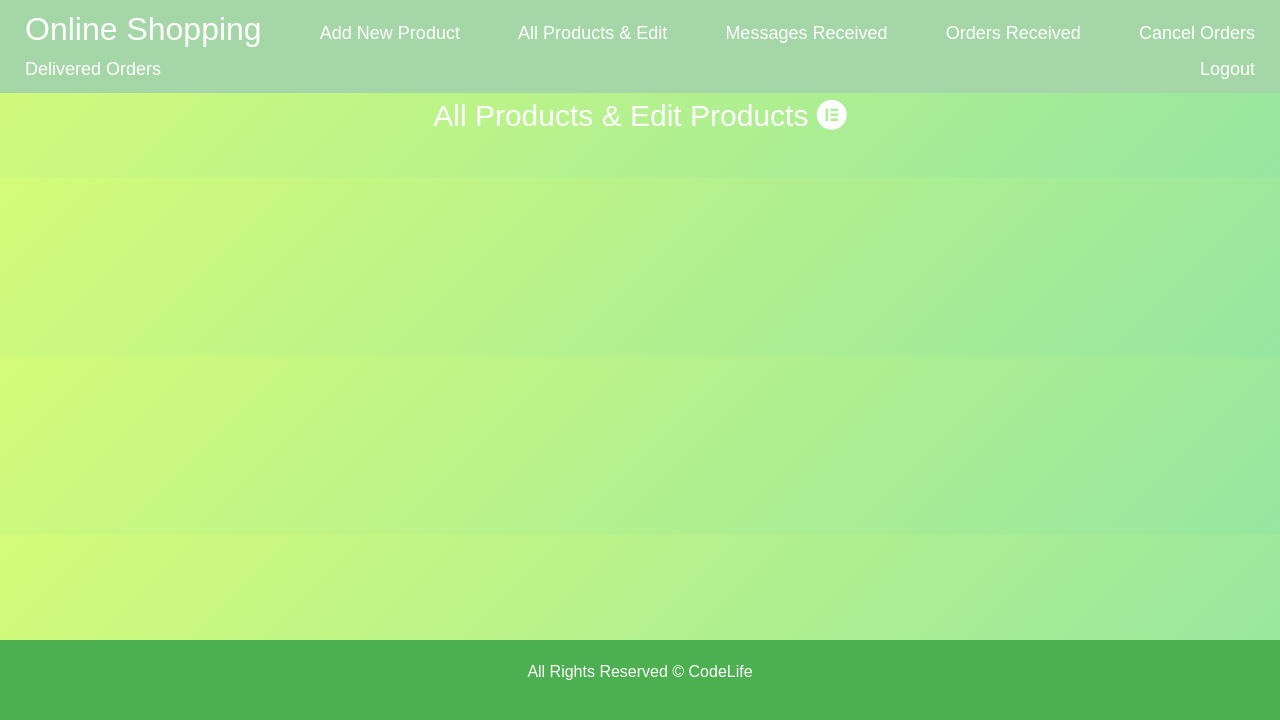
Repository: Dineshbabu290904/DigiMart
Page: http://localhost/DigiMart/admin/allProductEditProduct.jsp
The author's editor kept a copy of each file at every save. The page is drawn from the files as they stood at one save, then again after the next save.
The browser window is 1280 px wide. The pictures show the whole page.
Some web libraries are served in a nearby version. The page is served by Tomcat 9. Other server files are loaded and not shown. Queries for data that is not in the repository find no rows.

Above is the page before, as saved 2024-10-16 16:30:35.

### DigiMart/src/main/webapp/admin/allProductEditProduct.jsp
<%@ page import="com.digimart.project.ConnectionProvider" %>
<%@ page import="java.sql.*" %>
<%@ include file="adminHeader.jsp" %>
<%@ page import="java.util.Base64" %>

<!DOCTYPE html PUBLIC "-//W3C//DTD HTML 4.01 Transitional//EN" "http://www.w3.org/TR/html4/loose.dtd">
<html>
<head>
    <meta http-equiv="Content-Type" content="text/html; charset=ISO-8859-1">
    <title>All Products & Edit Products</title>
    <style>
        body {
            font-family: Arial, sans-serif;
            background-color: #333;
            color: white;
        }

        h3 {
            color: #FFD700; /* Gold color for headings */
            text-align: center;
        }

        .container {
            display: flex;
            flex-wrap: wrap;
            justify-content: center;
            gap: 20px;
            padding: 20px;
        }

        .card {
		    background: linear-gradient(135deg, #a8e6cf, #d0eaff, #ffccd5);
		    border-radius: 10px;
		    box-shadow: 0 4px 8px rgba(0, 0, 0, 0.2);
		    width: 350px;
		    padding: 20px;
		    text-align: center;
		    transition: transform 0.3s;
		}


        .card:hover {
            transform: scale(1.05);
        }

        .card img {
            width: 100%;
            height: auto;
            border-radius: 5px;
        }

        .card h4 {
            color: #FFD700; /* Gold color for product name */
        }

        .card p {
            color: #ccc; /* Light grey for text */
            margin: 10px 0;
        }

        .edit-btn {
            background-color: #28a745; /* Green background for buttons */
            color: white;
            padding: 10px 15px;
            border: none;
            border-radius: 5px;
            text-decoration: none;
            display: inline-block;
            transition: background-color 0.3s;
        }

        .edit-btn:hover {
            background-color: #218838; /* Darker green on hover */
        }

        .price {
            font-size: 20px;
            color: #FFD700; /* Gold color for price */
        }

        .msg {
            text-align: center;
            margin: 20px;
        }
		.card p {
		    color: #444; /* Dark gray for better readability */
		    margin: 10px 0;
		}

        .footer {
            background-color: #4caf50; /* Same green as navbar */
            color: white; /* White text */
            text-align: center; /* Center text */
            padding: 20px; /* Padding around footer */
            margin-top: auto; /* Push footer to the bottom */
            width: 100%; /* Full width */
        }
    </style>
</head>
<body>
<div style="color: white; text-align: center; font-size: 30px;">All Products & Edit Products <i class='fab fa-elementor'></i></div>

<% String msg = request.getParameter("msg"); %>
<% if (msg != null) { %>
    <h3 class="alert" style="color: <%=(msg.equals("done") ? "green" : "red")%>;">
        <% if (msg.equals("done")) { %>
            Product Updated Successfully!
        <% } else { %>
            Something went wrong! Try Again!
        <% } %>
    </h3>
<% } %>

<div class="container">
    <%
        try {
            Connection con = ConnectionProvider.getCon();
            Statement stmt = con.createStatement();
            ResultSet rs = stmt.executeQuery("SELECT * FROM PRODUCTS");
            while (rs.next()) {
    %>
    <div class="card">
        <img src="data:[embedded picture, 72 characters]"image")) %>" alt="Product Image">
        <h4><%= rs.getString("name") %></h4>
        <p><strong>Category:</strong> <%= rs.getString("category") %></p>
        <p><strong>Description:</strong> <%= rs.getString("description") %></p>
        <p><strong>Available Quantity:</strong> <%= rs.getBigDecimal("available_qty") %> <%= rs.getString("unit") %></p>
        <p class="price"><i class="fa fa-inr"></i> <%= rs.getBigDecimal("price_per_unit") %></p>
        <p><strong>Status:</strong> <%= rs.getString("status") %></p>
        <p><strong>Date Listed:</strong> <%= rs.getTimestamp("date_listed") %></p>
        <a href="editProduct.jsp?product_id=<%= rs.getInt("product_id") %>" class="edit-btn">Edit <i class='fas fa-pen-fancy'></i></a>
        <br>
        <a href="changePhoto.jsp?product_id=<%= rs.getInt("product_id") %>" class="edit-btn">Change Photo</a>
    </div>
    <%
            }
        } catch (Exception e) {
            e.printStackTrace();
        }
    %>
</div>

<%@ include file="../footer.jsp" %>
</body>
</html>

### DigiMart/src/main/webapp/admin/adminHeader.jsp
<%@page errorPage="../error.jsp" %>
<!DOCTYPE html>
<html lang="en">
<head>
    <meta charset="UTF-8">
    <meta name="viewport" content="width=device-width, initial-scale=1.0">
    <link rel="stylesheet" href="../css/home-style.css">
    <link rel="stylesheet" href="https://cdnjs.cloudflare.com/ajax/libs/font-awesome/4.7.0/css/font-awesome.min.css">
    <link rel="stylesheet" href="https://stackpath.bootstrapcdn.com/bootstrap/4.5.2/css/bootstrap.min.css">
    <script src='https://kit.fontawesome.com/a076d05399.js'></script>
    <style>
        body {
            background: linear-gradient(135deg, #d4fc79 0%, #96e6a1 100%); /* Light green gradient */
        }
        .navbar {
            background-color: #a5d6a7;  /* Green background for navbar */
            padding: 10px; /* Padding around navbar */
        }
        .navbar a {
            color: white; /* White text for links */
            margin: 0 15px; /* Spacing between links */
            text-decoration: none; /* Remove underline */
            font-size: 18px; /* Larger font size */
        }
        .navbar a:hover {
            text-decoration: underline; /* Underline on hover */
        }
        h1 {
            color: #2c6fbb; /* Cool blue for headings */
            text-shadow: 2px 2px 4px rgba(0, 0, 0, 0.5); /* Subtle shadow for depth */
        }
    </style>
</head>
<body>
    <nav class="navbar">
        <a href="adminHome.jsp"><h2>Online Shopping</h2></a>
        <a href="addNewProduct.jsp">Add New Product</a>
        <a href="allProductEditProduct.jsp">All Products & Edit</a>
        <a href="messagesReceived.jsp">Messages Received</a>
        <a href="ordersReceived.jsp">Orders Received</a>
        <a href="cancelOrders.jsp">Cancel Orders</a>
        <a href="deliveredOrders.jsp">Delivered Orders</a>
        <a href="../logout.jsp">Logout</a>
    </nav>
</body>
</html>

### DigiMart/src/main/webapp/footer.jsp
<div class="footer">
    <p>All Rights Reserved &copy; CodeLife</p>
</div>

### DigiMart/src/main/java/com/digimart/project/ConnectionProvider.java
package com.digimart.project;

import java.sql.*;

public class ConnectionProvider {
	public static Connection getCon() {
		try {
			Class.forName("com.mysql.cj.jdbc.Driver");
			Connection con = DriverManager.getConnection("jdbc:mysql://localhost:3306/DB","root","Dinesh@2004");
			return con;
		} catch(Exception e) {
			System.out.print(e);
			return null;
		}
	}
}

### DigiMart/src/main/webapp/css/home-style.css
    body {
  font-family: "Open Sans", sans-serif;
  line-height: 1.25;
  background-color: green;
}
a
{
	text-decoration: none;
}
.sticky {
  position: -webkit-sticky;
  position: sticky;
  top: 0;
}

table {
  border: 1px solid #ccc;
  border-collapse: collapse;
  margin: 0;
  padding: 0;
  width: 100%;
  /*margin-left: 5%;*/
  table-layout: fixed;
}

table caption {
  font-size: 1.5em;
  margin: .5em 0 .75em;
}

table tr {
  background-color: #f8f8f8;
  border: 1px solid #ddd;
  padding: .35em;
}

table th,
table td {
  padding: .625em;
  text-align: center;
}

table th {
  font-size: .85em;
  letter-spacing: .1em;
  text-transform: uppercase;
}

@media screen and (max-width: 600px) {
  table {
    border: 0;
  }

  table caption {
    font-size: 1.3em;
  }

  table thead {
    border: none;
    clip: rect(0 0 0 0);
    height: 1px;
    margin: -1px;
    overflow: hidden;
    padding: 0;
    position: absolute;
    width: 1px;
  }

  table tr {
    border-bottom: 3px solid #ddd;
    display: block;
    margin-bottom: .625em;
  }

  table td {
    border-bottom: 1px solid #ddd;
    display: block;
    font-size: .8em;
    text-align: right;
  }

  table td::before {
    /*
    * aria-label has no advantage, it won't be read inside a table
    content: attr(aria-label);
    */
    content: attr(data-label);
    float: left;
    font-weight: bold;
    text-transform: uppercase;
  }

  table td:last-child {
    border-bottom: 0;
  }
}

/*Header Css*/
* {box-sizing: border-box;}

    body {
      margin: 0;
      font-family: Arial, Helvetica, sans-serif;
    }

    .topnav {
      overflow: hidden;
      background-color: #e9e9e9;
    }

    .topnav a {
      float: left;
      display: block;
      color: black;
      text-align: center;
      padding: 14px 16px;
      text-decoration: none;
      font-size: 17px;
    }

    .topnav a:hover {
      background-color: #ddd;
      color: black;
    }

    .topnav a.active {
      background-color: green;
      color: white;
    }

    .topnav .search-container {
      float: right;
    }

    .topnav input[type=text] {
      padding: 6px;
      margin-top: 8px;
      font-size: 17px;
      border: none;
    }

    .topnav .search-container button {
      float: right;
      padding: 6px 10px;
      margin-top: 8px;
      margin-right: 16px;
      background: #ddd;
      font-size: 17px;
      border: none;
      cursor: pointer;
    }

    .topnav .search-container button:hover {
      background: #ccc;
    }

    @media screen and (max-width: 600px) {
      .topnav .search-container {
        float: none;
      }
      .topnav a, .topnav input[type=text], .topnav .search-container button {
        float: none;
        display: block;
        text-align: left;
        width: 100%;
        margin: 0;
        padding: 14px;
      }
      .topnav input[type=text] {
        border: 1px solid #ccc;
      }

    }
/*footer*/
.footer {
   position: fixed;
   left: 0;
   bottom: 0;
   width: 100%;
   background-color:#ccc;
   color:black;
   text-align: center;
}

.h2222 {
  width: 100%;
  padding: 12px 20px;
  margin: 8px 0;
  box-sizing: border-box;
  border: none;
  background-color: #3CBC8D;
  color: white;
}

After the next save:
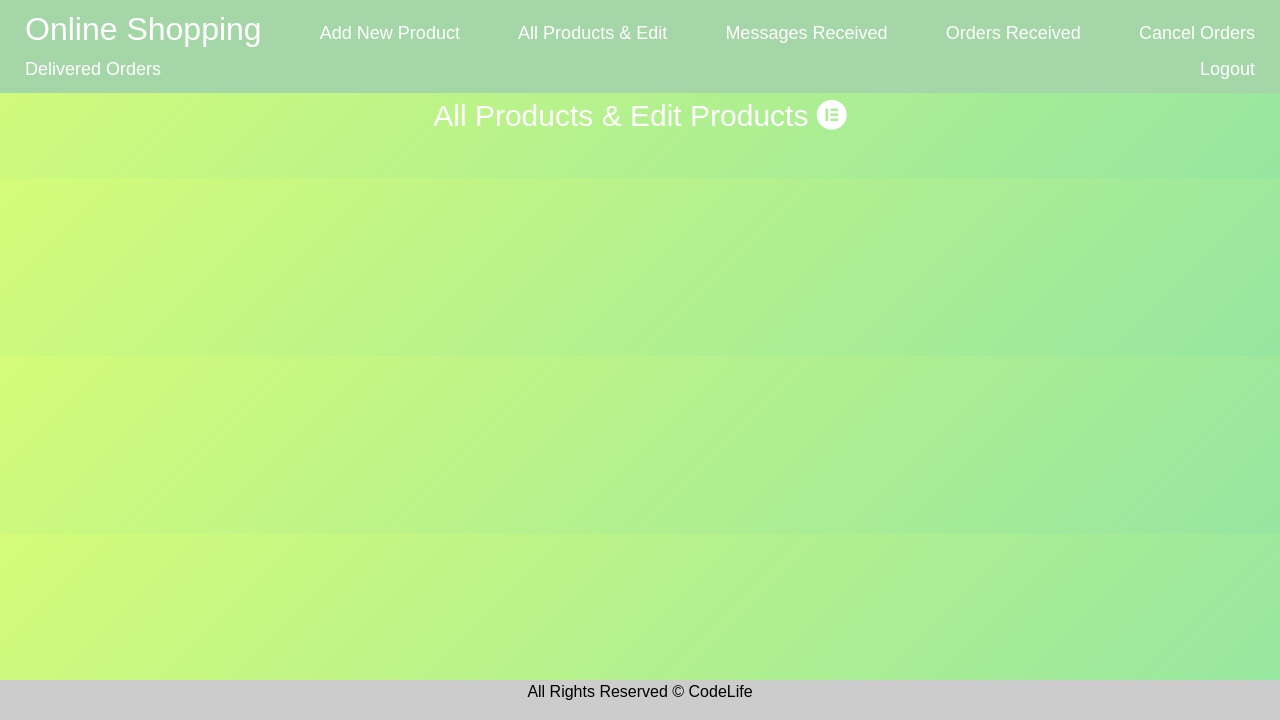
Saved 90 s later.
--- a/DigiMart/src/main/webapp/admin/allProductEditProduct.jsp
+++ b/DigiMart/src/main/webapp/admin/allProductEditProduct.jsp
@@ -86,15 +86,6 @@
 		    color: #444; /* Dark gray for better readability */
 		    margin: 10px 0;
 		}
-
-        .footer {
-            background-color: #4caf50; /* Same green as navbar */
-            color: white; /* White text */
-            text-align: center; /* Center text */
-            padding: 20px; /* Padding around footer */
-            margin-top: auto; /* Push footer to the bottom */
-            width: 100%; /* Full width */
-        }
     </style>
 </head>
 <body>

After the save that followed:
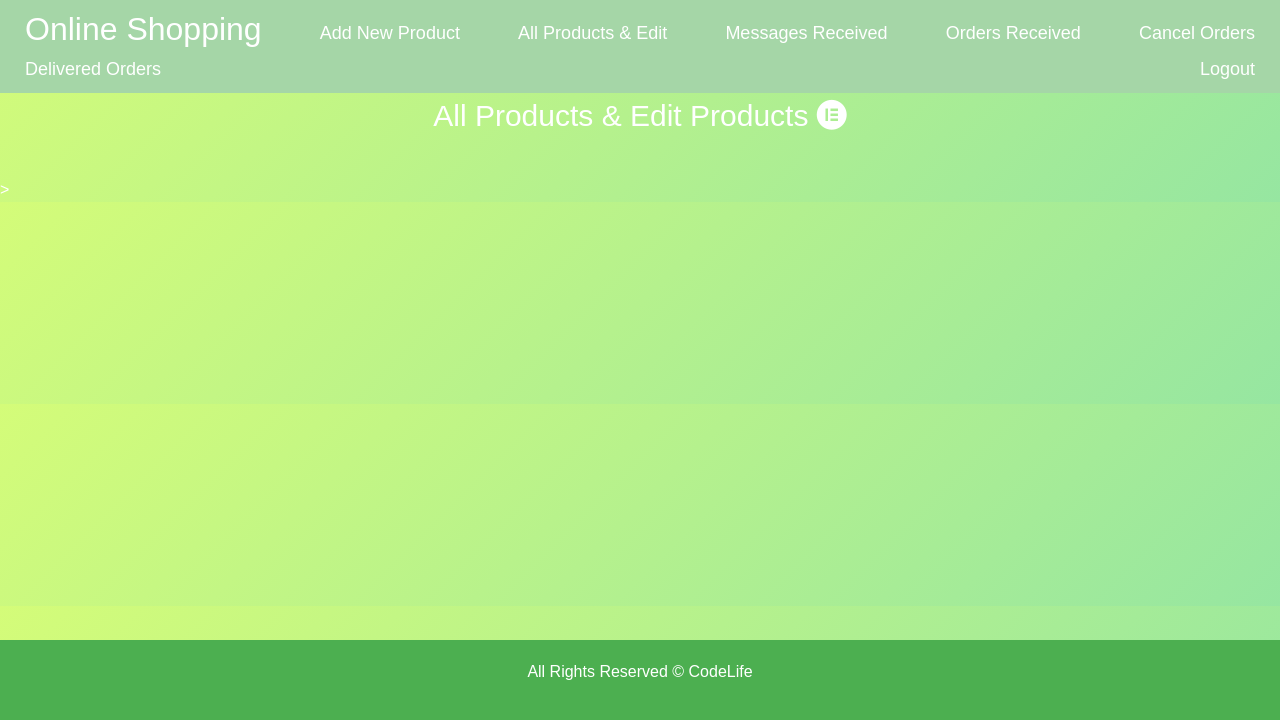
Saved 10 s later.
--- a/DigiMart/src/main/webapp/footer.jsp
+++ b/DigiMart/src/main/webapp/footer.jsp
@@ -1,3 +1,17 @@
+<head>
+	<style>
+	.footer {
+            background-color: #4caf50; /* Same green as navbar */
+            color: white; /* White text */
+            text-align: center; /* Center text */
+            padding: 20px; /* Padding around footer */
+            margin-top: auto; /* Push footer to the bottom */
+            width: 100%; /* Full width */
+        }
+    </style>
+</head>>
+<body>
 <div class="footer">
     <p>All Rights Reserved &copy; CodeLife</p>
 </div>
+</body>
